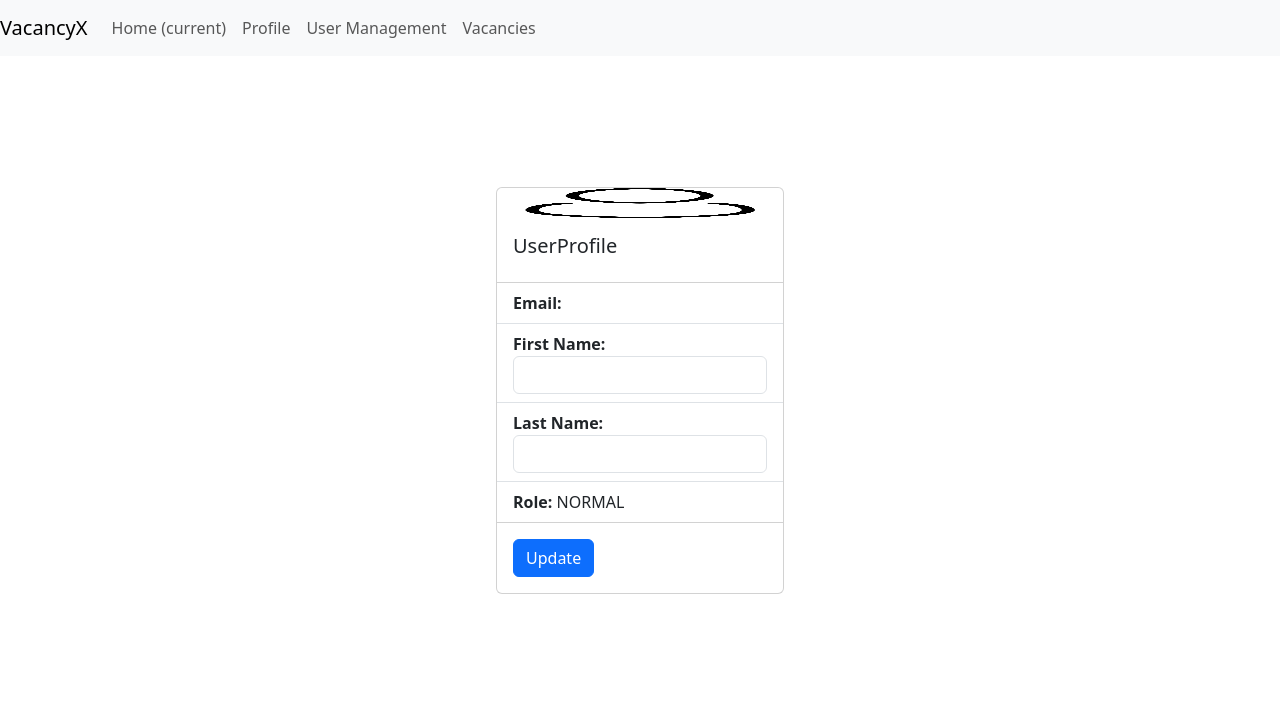
Repository: zipArk99/Vacancy-portal-serv
Page: http://localhost/VacancyPortal/updateuserdetail_page.jsp
The author's editor kept a copy of each file at every save. The page is drawn from the files as they stood at one save, then again after the next save.
The browser window is 1280 px wide. The pictures show the whole page.
The page is served by Tomcat 9. The template is opened directly, without the code that normally fills it, so the values that code supplies are empty.

Above is the page before, as saved 2024-08-21 05:17:19.

After the next save:
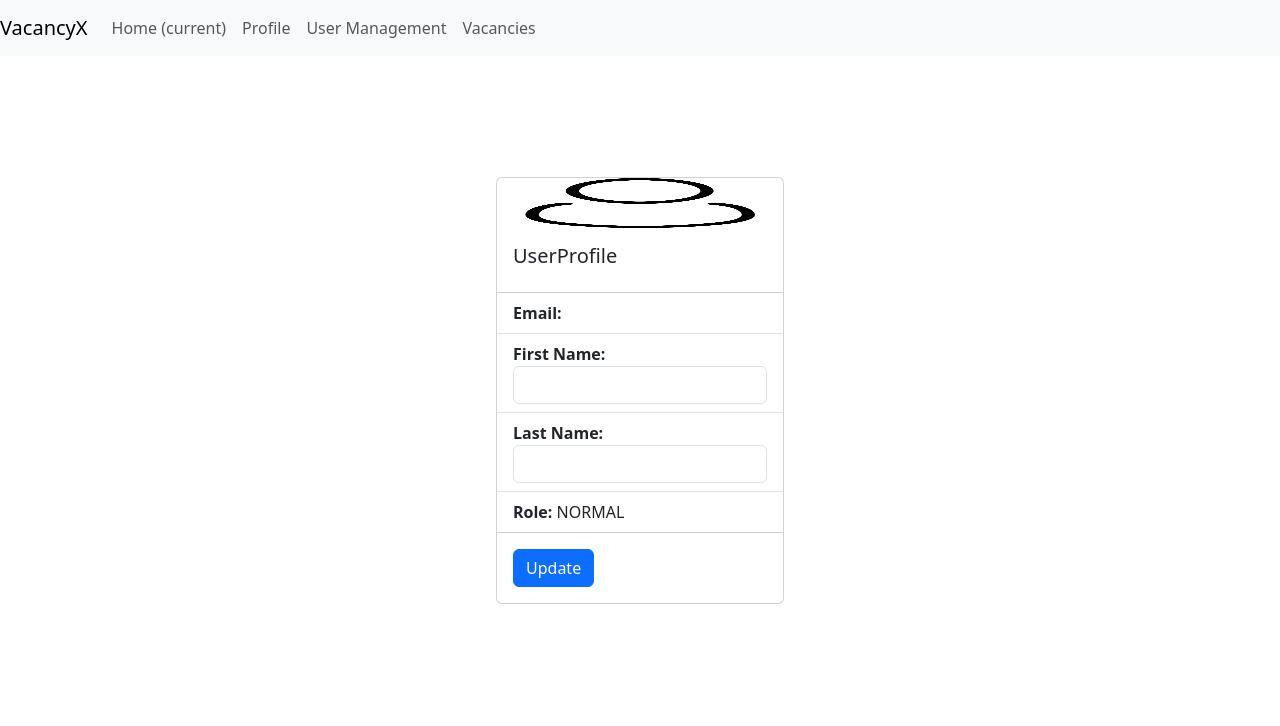
Saved 13 s later.
--- a/VacancyPortal/src/main/webapp/updateuserdetail_page.jsp
+++ b/VacancyPortal/src/main/webapp/updateuserdetail_page.jsp
@@ -26,7 +26,7 @@ body, html {
 <form action="/VacancyPortal/user" method="PUT">
 	<div class="container">
 		<div class="card" style="width: 18rem;">
-			<img src="user.png" class="card-img-top" alt="..." height="30px" width="30px">
+			<img src="user.png" class="card-img-top" alt="..." height="50px" width="30px">
 			<div class="card-body">
 				<h5 class="card-title">UserProfile</h5>
 			</div>
